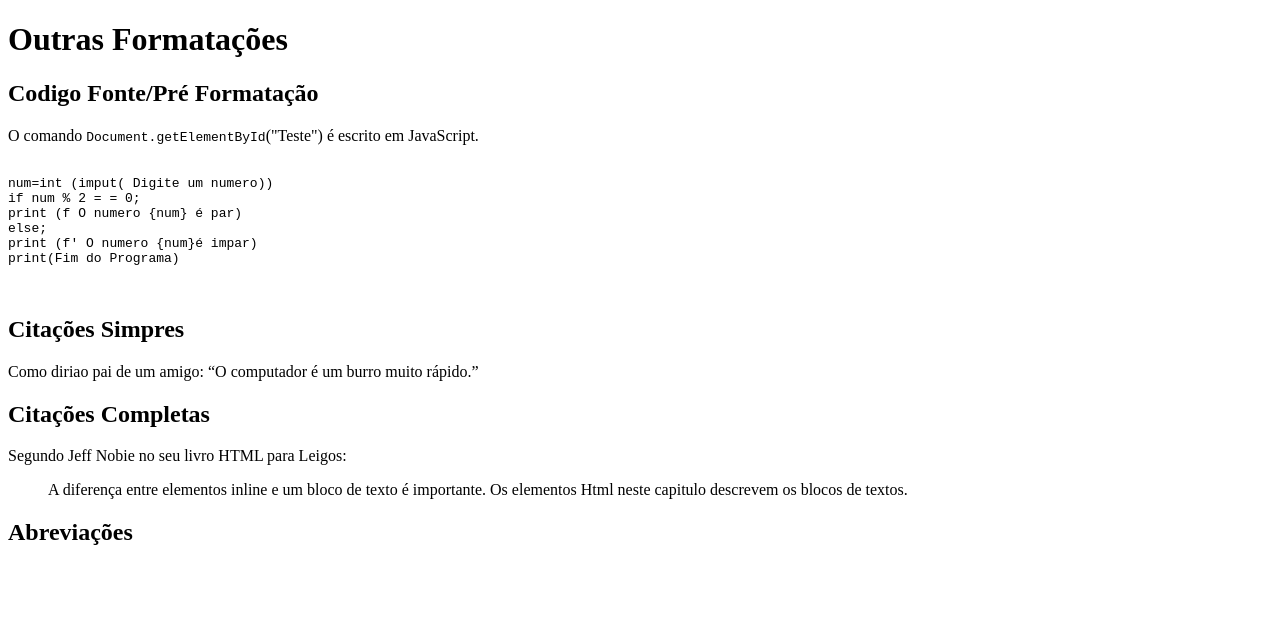
Repository: Guillermomarcon/exercicios
Page: ex009/index.html
These files come from the project's save history. The page is drawn as it stood at one moment and after the next save; the edit follows.
The browser window is 1280 px wide. The pictures show the whole page.

Above is the page before, as saved 2020-12-10 01:52:51.

### ex009/index.html
<!DOCTYPE html>
<html lang="pt-br">
<head>
    <meta charset="UTF-8">
    <meta name="viewport" content="width=device-width, initial-scale=1.0">
    <title>Outras Formatações</title>
</head>
<body>
    <h1>Outras Formatações</h1>
    <h2>Codigo Fonte/Pré Formatação</h2>
    <p>O comando <code>Document.getElementById</code>("Teste") é escrito em JavaScript.</p>
    <p>
        <pre>
            <code>
num=int (imput( Digite um numero))
if num % 2 = = 0;
print (f O numero {num} é par)
else;
print (f' O numero {num}é impar)
print(Fim do Programa)
            </code>
        </pre>
    </p>
    <h2>Citações Simpres</h2>
    <!--Sempre use a tag <q></q> para citçoes sem quebra de linha-->
    <p>Como diriao pai de um amigo: <q>O computador é um burro muito rápido.</q></p>
    <h2>Citações Completas</h2>
    <!---->
    <p>Segundo Jeff Nobie no seu livro HTML para Leigos: </p>
    <blockquote cite="https://books.google.com.br/books?id=E8ZtDwAAQBAJ&pg=PA17&dq=html&hl=pt-BR&sa=X&ved=2ahUKEwje6dfNzMLtAhVkH7kGHUShCXoQ6AEwAHoECAQQAg#v=onepage&q=html&f=false">
        A diferença entre elementos inline e um bloco de texto é importante. Os elementos Html neste capitulo descrevem os blocos de textos.
    </blockquote>
    <h2>Abreviações</h2>



</body>
</html>

After the next save:
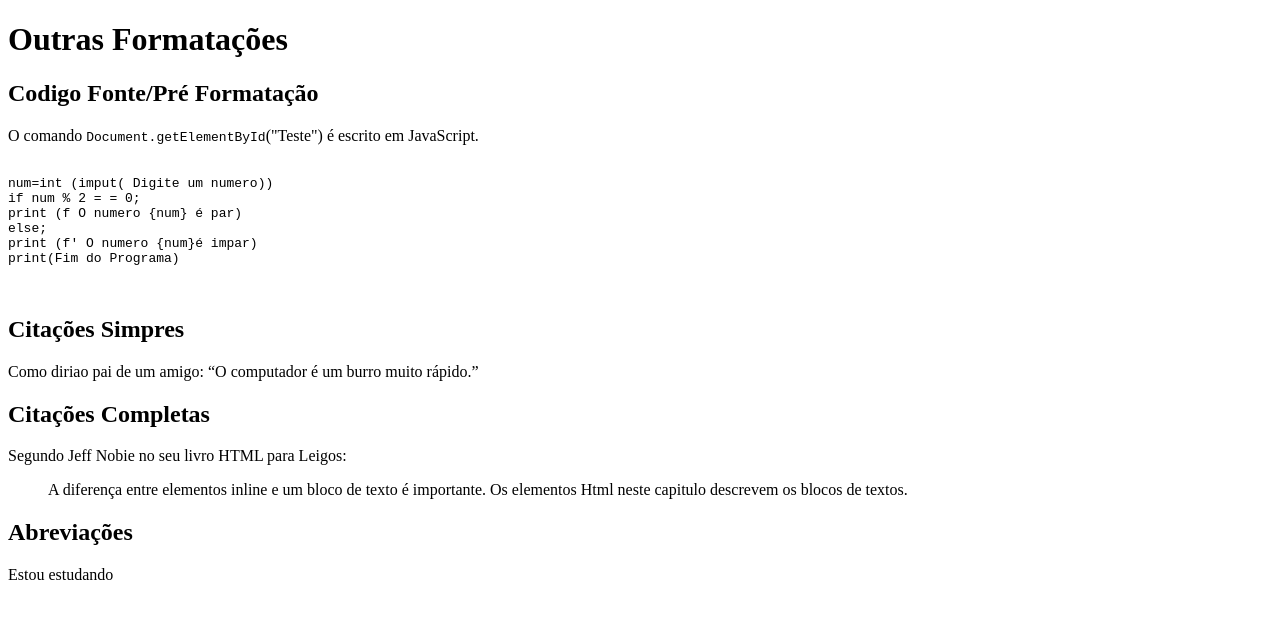
Saved 7 s later.
--- a/ex009/index.html
+++ b/ex009/index.html
@@ -31,6 +31,7 @@ print(Fim do Programa)
         A diferença entre elementos inline e um bloco de texto é importante. Os elementos Html neste capitulo descrevem os blocos de textos.
     </blockquote>
     <h2>Abreviações</h2>
+    <p>Estou estudando </p>
 
 
 
